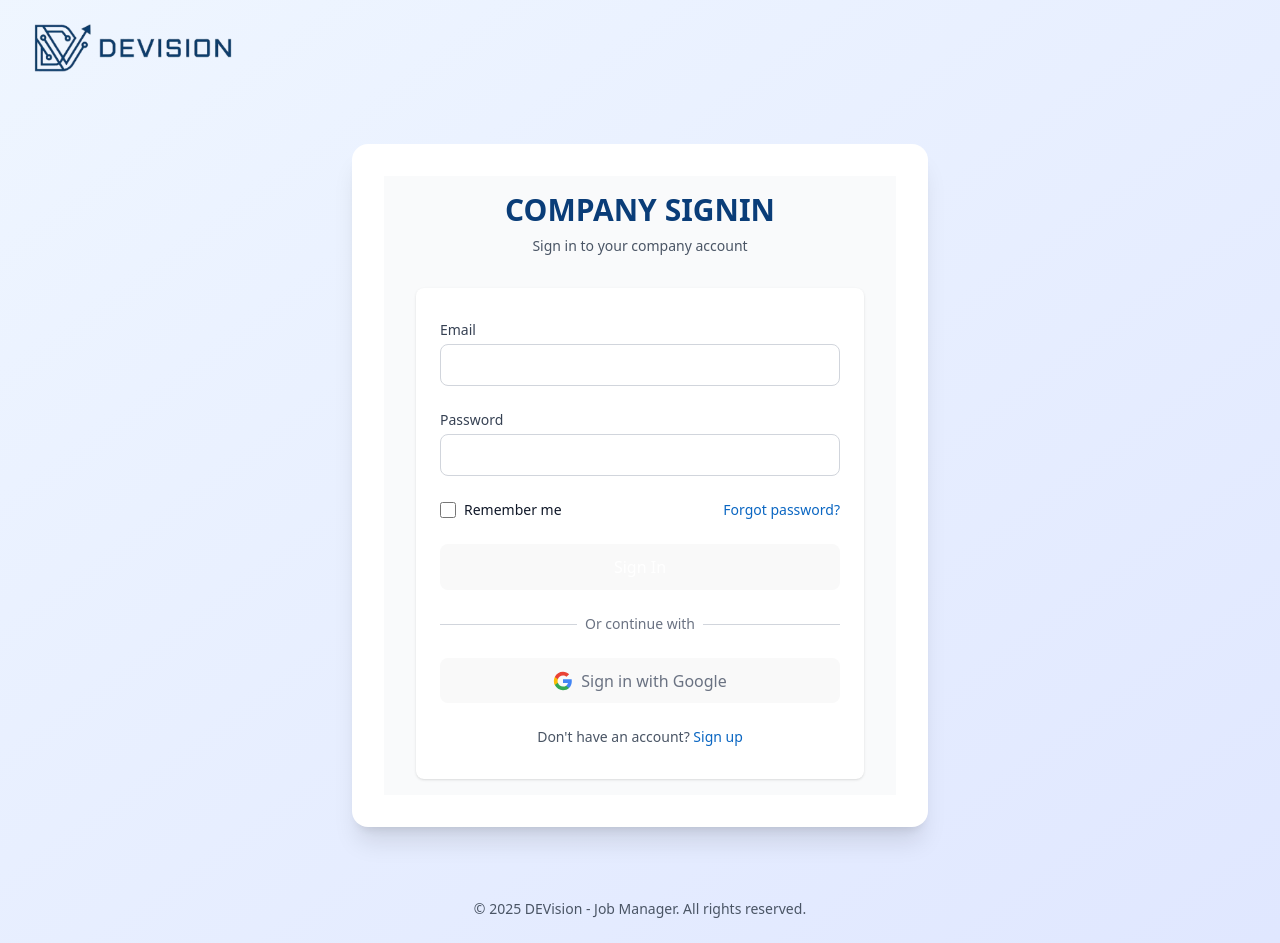
Repository: ISYS3461-2025C-Mulan-DEVision/JobManager_FE
Page: /login
The author's editor kept a copy of each file at every save. The page is drawn from the files as they stood at one save, then again after the next save.
The browser window is 1280 px wide. The pictures show the whole page.
The project was rebuilt for these pictures with package versions that can differ from the ones it lists, and the page was loaded fresh each time. Also part of the build but not shown: vite.config.js, src/pages/Home.tsx, src/components/headless/Table/Table.tsx, src/components/headless/Modal/Modal.tsx, src/components/ui/Card/Card.tsx, src/components/ui/Spinner/Spinner.tsx, src/components/ui/Alert/Alert.tsx, src/components/feature/Authentication/CompanySignup/CompanySignupForm.tsx and 4 more.

Above is the page before, as saved 2025-12-12 15:01:45.

### index.html
<!doctype html>
<html lang="en">
  <head>
    <meta charset="UTF-8" />
    <link rel="icon" type="image/svg+xml" href="/logo/logo-icon.png" />
    <meta name="viewport" content="width=device-width, initial-scale=1.0" />
    <title>jobmanager-fe</title>
  </head>
  <body>
    <div id="root"></div>
    <script type="module" src="/src/main.jsx"></script>
  </body>
</html>

### src/main.tsx
import React, { StrictMode } from "react";
import { createRoot } from "react-dom/client";
import "./index.css";
import { BrowserRouter } from "react-router-dom";
import App from "./App.js";
import { Provider } from "react-redux";
import store from "./store/index.js";

const container = document.getElementById("root")!;
if (!container) {
    throw new Error("Root container not found");
} else {
    createRoot(container).render(
        <StrictMode>
            <Provider store={store}>
                <BrowserRouter>
                    <App />
                </BrowserRouter>
            </Provider>
        </StrictMode>,
    );
}

### src/App.tsx
import { Routes, Route, Link, useLocation } from "react-router-dom";
import Home from "./pages/Home";
import LoginPage from "./pages/LoginPage";
import RegistrationPage from "./pages/RegistrationPage";

function App() {
    const location = useLocation();
    const isAuthPage = location.pathname === "/login";

    return (
        <div>
            {!isAuthPage && (
                <nav className="p-4 bg-gray-800 text-white flex gap-4">
                    <Link to="/">Home</Link>
                    <Link to="/login">Login</Link>
                </nav>
            )}

            <Routes>
                <Route path="/" element={<Home />} />
                <Route path="/login" element={<LoginPage />} />
                <Route path="/register" element={<RegistrationPage />} />
            </Routes>
        </div>
    );
}

export default App;

### src/store/index.ts
import configureStore from "./configureStore";
const store = configureStore();
export default store;

### src/pages/LoginPage.tsx
import React from "react";
import { CompanyLogin } from "../components/feature/Authentication/CompanyLogin";
import AuthLayout from "../layout/AuthLayout";

export default function LoginPage() {
    return (
        <AuthLayout>
            <CompanyLogin />
        </AuthLayout>
    );
}

### src/store/configureStore.ts
import { createStore, applyMiddleware, Store } from "redux";
import { createLogger } from "redux-logger";
import createSagaMiddleware from "redux-saga";
import { enableBatching } from "redux-batched-actions";
import createReducer from "./reducers";
import rootSaga from "./saga";

const configureStore = (initialState = {}): Store => {
    const rootReducer = createReducer();
    const sagaMiddleware = createSagaMiddleware();

    const middlewares = [sagaMiddleware];

    const isDev = import.meta.env.VITE_NODE_ENV === "development";

    if (isDev) {
        const loggerMiddleware = createLogger({
            collapsed: () => true,
        });
        (middlewares as any[]).push(loggerMiddleware);
    }

    const store = createStore(
        enableBatching(rootReducer),
        initialState,
        applyMiddleware(...middlewares),
    );

    sagaMiddleware.run(rootSaga);

    return store;
};

export default configureStore;

### src/redux/app/actions.ts
import * as types from "./type";

const setLoading = (payload: boolean) => ({ type: types.SET_LOADING, payload });
const setError = (payload: string | null) => ({
    type: types.SET_ERROR,
    payload,
});
const setInitialized = (payload: boolean) => ({
    type: types.SET_INITIALIZED,
    payload,
});
const reset = () => ({ type: types.RESET });

const toggleLoadingAsync = (payload: boolean) => ({
    type: types.TOGGLE_LOADING_ASYNC,
    payload,
});

export default {
    setLoading,
    setError,
    setInitialized,
    reset,
    toggleLoadingAsync,
};

### src/components/feature/Authentication/CompanyLogin/index.ts
export { CompanyLogin } from "./CompanyLogin";

### src/store/reducers.ts
import { combineReducers } from "redux";
import { reducers } from "../redux";
import _ from "lodash";

const appReducer = combineReducers(reducers);
export default function createReducer() {
    const rootReducer = (state, action) => {
        if (action.type === "FORCE_UPDATE_GLOBAL_STATE") {
            return appReducer(_.cloneDeep(action.payload), action as never);
        }
        return appReducer(state, action as never);
    };

    return rootReducer;
}

### src/store/saga.ts
import { all, fork } from "redux-saga/effects";
import { sagas } from "../redux";

export default function* rootSaga() {
    yield all([...Object.values(sagas)].map(fork));
}

### src/redux/app/type.ts
const prefix = "APP/";

export const SET_LOADING = `${prefix}SET_LOADING`;
export const SET_ERROR = `${prefix}SET_ERROR`;
export const SET_INITIALIZED = `${prefix}SET_INITIALIZED`;
export const RESET = `${prefix}RESET`;

// test async action
export const TOGGLE_LOADING_ASYNC = `${prefix}TOGGLE_LOADING_ASYNC`;

### src/components/feature/Authentication/CompanyLogin/CompanyLogin.tsx
import React from "react";
import { HeadlessForm } from "@/components/headless";
import { CompanyLoginForm } from "./CompanyLoginForm";
import { useCompanyLogin } from "./hooks/useCompanyLogin";
import { LoginPayload } from "./types";

// Validation function
const validateLoginForm = (values: LoginPayload) => {
  const errors: Partial<Record<keyof LoginPayload, string>> = {};

  if (!values.email) {
    errors.email = "Email is required";
  } else if (!/^[A-Z0-9._%+-]+@[A-Z0-9.-]+\.[A-Z]{2,}$/i.test(values.email)) {
    errors.email = "Invalid email address";
  }

  if (!values.password) {
    errors.password = "Password is required";
  } else if (values.password.length < 6) {
    errors.password = "Password must be at least 6 characters";
  }

  return errors;
};

export const CompanyLogin: React.FC = () => {
  const { login, isLoading, error } = useCompanyLogin();

  return (
    <HeadlessForm<LoginPayload>
      initialValues={{ email: "", password: "" }}
      onSubmit={login}
      validate={validateLoginForm}
    >
      {(formProps) => (
        <CompanyLoginForm {...formProps} isLoading={isLoading} error={error} />
      )}
    </HeadlessForm>
  );
};

### src/redux/index.ts
const loadModules = (modules: Record<string, any>, hasDefault = false) =>
    Object.entries(modules).map(([path, mod]) => {
        const parts = path.split("/");
        return {
            name: parts.at(-1)!.replace(".js", "").toUpperCase(),
            key: parts.at(-2)!,
            data: hasDefault ? mod.default : mod,
        };
    });

const rawActions = loadModules(
    import.meta.glob("./**/actions.ts", { eager: true }),
    true,
);

const rawTypes = loadModules(
    import.meta.glob("./**/types.ts", { eager: true }),
    false,
);

const rawReducers = loadModules(
    import.meta.glob("./**/reducer.ts", { eager: true }),
    true,
);

const rawSagas = loadModules(
    import.meta.glob("./**/saga.ts", { eager: true }),
    false,
);

// Final exports
export const actions = rawActions.reduce((p, e) => ({ ...p, ...e.data }), {});
export const types = rawTypes.reduce((p, e) => ({ ...p, ...e.data }), {});
export const reducers = rawReducers.reduce(
    (p, e) => ({ ...p, [e.key]: e.data }),
    {},
);
export const sagas = rawSagas.reduce((p, e) => ({ ...p, ...e.data }), {});

### src/components/headless/index.ts
// Headless Components - Logic without UI
export { HeadlessForm } from "./Form";
export { HeadlessTable } from "./Table";
export { useTable } from "./Table/useTable";
export { HeadlessModal } from "./Modal";

// Types
export * from "./types";
export type { TableColumn } from "./Table/useTable";

### src/components/feature/Authentication/CompanyLogin/CompanyLoginForm.tsx
import React from "react";
import { Link } from "react-router-dom";
import { Input, Button, Alert, GoogleLogo } from "@/components/ui";
import { LoginPayload } from "./types";

interface CompanyLoginFormProps {
    values: LoginPayload;
    errors: Partial<Record<keyof LoginPayload, string>>;
    touched: Partial<Record<keyof LoginPayload, boolean>>;
    handleChange: (e: React.ChangeEvent<HTMLInputElement>) => void;
    handleBlur: (field: keyof LoginPayload) => void;
    handleSubmit: (e: React.FormEvent) => void;
    isLoading: boolean;
    error: string | null;
}

export const CompanyLoginForm: React.FC<CompanyLoginFormProps> = ({
    values,
    errors,
    touched,
    handleChange,
    handleBlur,
    handleSubmit,
    isLoading,
    error,
}) => {
    return (
        <div className="flex flex-col items-center justify-center bg-gray-50 py-4 px-1 sm:px-6 lg:px-8">
            <div className="text-center mb-8">
                <h2 className="text-3xl font-bold text-heading">
                    COMPANY SIGNIN
                </h2>
                <p className="mt-2 text-sm text-gray-600">
                    Sign in to your company account
                </p>
            </div>

            <div className="w-full max-w-md bg-white py-8 px-6 shadow rounded-lg">
                {error && (
                    <Alert type="error" className="mb-4">
                        {error}
                    </Alert>
                )}

                <form onSubmit={handleSubmit} className="space-y-6">
                    <Input
                        label="Email"
                        id="email"
                        name="email"
                        type="email"
                        autoComplete="email"
                        required
                        value={values.email}
                        onChange={handleChange}
                        onBlur={() => handleBlur("email")}
                        error={touched.email ? errors.email : undefined}
                        fullWidth
                    />

                    <Input
                        label="Password"
                        id="password"
                        name="password"
                        type="password"
                        autoComplete="current-password"
                        required
                        value={values.password}
                        onChange={handleChange}
                        onBlur={() => handleBlur("password")}
                        error={
                            touched.password ? errors.password : undefined
                        }
                        fullWidth
                    />

                    <div className="flex items-center justify-between">
                        <div className="flex items-center">
                            <input
                                id="remember-me"
                                name="remember-me"
                                type="checkbox"
                                className="h-4 w-4 text-blue-600 focus:ring-blue-500 border-gray-300 rounded"
                            />
                            <label
                                htmlFor="remember-me"
                                className="ml-2 block text-sm text-gray-900"
                            >
                                Remember me
                            </label>
                        </div>

                        <div className="text-sm">
                            <a
                                href="#"
                                className="font-medium text-blue-600 hover:text-blue-500"
                            >
                                Forgot password?
                            </a>
                        </div>
                    </div>

                    <Button
                        type="submit"
                        variant="primary"
                        size="lg"
                        fullWidth
                        isLoading={isLoading}
                    >
                        Sign In
                    </Button>
                </form>

                <div className="mt-6">
                    <div className="relative">
                        <div className="absolute inset-0 flex items-center">
                            <div className="w-full border-t border-gray-300"></div>
                        </div>
                        <div className="relative flex justify-center text-sm">
                            <span className="px-2 bg-white text-gray-500">
                                Or continue with
                            </span>
                        </div>
                    </div>

                    <div className="mt-6">
                        <Button
                            type="button"
                            variant="secondary"
                            onClick={() => {
                                // TODO: Implement Google OAuth flow
                                window.location.href = `${import.meta.env.VITE_API_URL || ''}/auth/google`;
                            }}
                            className="w-full inline-flex justify-center items-center px-4 py-2 \"
                        >
                            <GoogleLogo className="mr-2" />
                            Sign in with Google
                        </Button>
                    </div>
                </div>

                <div className="mt-6 text-center">
                    <p className="text-sm text-gray-600">
                        Don't have an account?{" "}
                        <Link
                            to="/register"
                            className="font-medium text-blue-600 hover:text-blue-500"
                        >
                            Sign up
                        </Link>
                    </p>
                </div>
            </div>
        </div>
    );
};

### src/components/feature/Authentication/CompanyLogin/hooks/useCompanyLogin.ts
import { useState } from 'react';
import AuthService, { LoginPayload } from '../../api/AuthService';

export const useCompanyLogin = () => {
  const [isLoading, setIsLoading] = useState(false);
  const [error, setError] = useState<string | null>(null);

  const login = async (formData: LoginPayload) => {
    setIsLoading(true);
    setError(null);

    try {
      await AuthService.loginCompany(formData);
      // Handle success (e.g., redirect, store token)
      console.log("Login successful");
    } catch (err) {
      setError("Failed to login. Please check your credentials.");
      console.error(err);
    } finally {
      setIsLoading(false);
    }
  };

  return {
    login,
    isLoading,
    error,
  };
};

### src/components/ui/index.ts
// UI Components - Presentational components with styling
export * from "./Button";
export * from "./Input";
export * from "./Card";
export * from "./Spinner";
export * from "./Alert";
export * from "./GoogleLogo";

### src/redux/app/reducer.ts
import * as types from "./type";
export interface AppState {
    loading: boolean;
    error: string | null;
    initialized?: boolean;
    test: string;
}

const INITIAL_STATE: AppState = {
    loading: true,
    error: null,
    initialized: false,
    test: "test",
};

type Action = { type: string; payload?: any };

export default function appReducer(
    state: AppState = INITIAL_STATE,
    action: Action,
): AppState {
    switch (action.type) {
        case types.SET_LOADING:
            return { ...state, loading: !!action.payload };
        case types.SET_ERROR:
            return { ...state, error: action.payload ?? null, loading: false };
        case types.SET_INITIALIZED:
            return { ...state, initialized: !!action.payload };
        case types.RESET:
            return { ...INITIAL_STATE };
        default:
            return state;
    }
}

### src/redux/app/saga.ts
import { takeEvery, put, delay } from "redux-saga/effects";
import * as types from "./type";
import actions from "./actions";

function* handleToggleLoading(action: any) {
    yield delay(300);
    yield put(actions.setLoading(action.payload));
}

export function* watchToggleLoading() {
    yield takeEvery(types.TOGGLE_LOADING_ASYNC, handleToggleLoading);
}

### src/components/headless/Form/index.ts
export { HeadlessForm } from "./Form";

### src/components/headless/Table/index.ts
export { HeadlessTable } from "./Table";
export { useTable } from "./useTable";
export type { TableColumn } from "./useTable";

### src/components/headless/Modal/index.ts
export { HeadlessModal } from "./Modal";

### src/components/feature/Authentication/api/AuthService.ts
// import { HttpClient } from "../../../../services/httpClient";

export interface LoginPayload {
    email: string;
    password: string;
}

export interface SignupPayload {
    companyName: string;
    email: string;
    password: string;
    confirmPassword: string;
}

export const loginCompany = async (payload: LoginPayload) => {
    // Replace with actual API endpoint
    // return HttpClient.post('/auth/company/login', payload);

    // Mock implementation for now
    console.log("Logging in company with:", payload);
    return new Promise((resolve) => {
        setTimeout(
            () =>
                resolve({
                    token: "mock-token",
                    user: { name: "Company Admin" },
                }),
            1000,
        );
    });
};

export const signupCompany = async (payload: SignupPayload) => {
    // Replace with actual API endpoint
    // return HttpClient.post('/auth/company/signup', payload);

    // Mock implementation for now
    console.log("Signing up company with:", payload);
    return new Promise((resolve) => {
        setTimeout(
            () =>
                resolve({
                    token: "mock-token",
                    user: { name: payload.companyName },
                }),
            1000,
        );
    });
};

const AuthService = {
    loginCompany,
    signupCompany,
};

export default AuthService;

### src/components/ui/Button/index.ts
export { Button } from "./Button";
export type { ButtonProps } from "./Button";

### src/components/ui/Input/index.ts
export { Input } from "./Input";
export type { InputProps } from "./Input";

### src/components/ui/Card/index.ts
export { Card, CardHeader, CardBody, CardFooter } from "./Card";
export type { CardProps } from "./Card";

### src/components/ui/Spinner/index.ts
export { Spinner } from "./Spinner";
export type { SpinnerProps } from "./Spinner";

### src/components/ui/Alert/index.ts
export { Alert } from "./Alert";
export type { AlertProps } from "./Alert";

### src/components/ui/GoogleLogo/index.ts
export { GoogleLogo } from "./GoogleLogo";
export type { GoogleLogoProps } from "./GoogleLogo";

### src/components/ui/Input/Input.tsx
import React from "react";
import clsx from "clsx";

export interface InputProps extends React.InputHTMLAttributes<HTMLInputElement> {
    label?: string;
    error?: string;
    helperText?: string;
    fullWidth?: boolean;
}

export const Input: React.FC<InputProps> = ({
    label,
    error,
    helperText,
    fullWidth = false,
    className,
    id,
    ...props
}) => {
    const inputId = id || label?.toLowerCase().replace(/\s+/g, "-");

    return (
        <div className={clsx("flex flex-col gap-1", fullWidth && "w-full")}>
            {label && (
                <label
                    htmlFor={inputId}
                    className="text-sm font-medium text-gray-700"
                >
                    {label}
                </label>
            )}
            <input
                id={inputId}
                className={clsx(
                    "px-3 py-2 border rounded-lg focus:outline-none focus:ring-2 transition-colors",
                    "text-gray-900 placeholder:text-gray-400",
                    error
                        ? "border-red-500 focus:ring-red-500 focus:border-red-500"
                        : "border-gray-300 focus:ring-blue-500 focus:border-blue-500",
                    props.disabled && "bg-gray-100 cursor-not-allowed",
                    className,
                )}
                {...props}
            />
            {error && <span className="text-sm text-red-600">{error}</span>}
            {helperText && !error && (
                <span className="text-sm text-gray-500">{helperText}</span>
            )}
        </div>
    );
};

### src/components/ui/GoogleLogo/GoogleLogo.tsx
import React from "react";
import clsx from "clsx";

export interface GoogleLogoProps {
    size?: "sm" | "md" | "lg";
    className?: string;
}

export const GoogleLogo: React.FC<GoogleLogoProps> = ({
    size = "md",
    className,
}) => {
    const sizeClasses = {
        sm: "w-4 h-4",
        md: "w-5 h-5",
        lg: "w-6 h-6",
    };

    return (
        <svg
            className={clsx(sizeClasses[size], className)}
            viewBox="0 0 24 24"
            xmlns="http://www.w3.org/2000/svg"
        >
            <path
                d="M22.56 12.25c0-.78-.07-1.53-.2-2.25H12v4.26h5.92c-.26 1.37-1.04 2.53-2.21 3.31v2.77h3.57c2.08-1.92 3.28-4.74 3.28-8.09z"
                fill="#4285F4"
            />
            <path
                d="M12 23c2.97 0 5.46-.98 7.28-2.66l-3.57-2.77c-.98.66-2.23 1.06-3.71 1.06-2.86 0-5.29-1.93-6.16-4.53H2.18v2.84C3.99 20.53 7.7 23 12 23z"
                fill="#34A853"
            />
            <path
                d="M5.84 14.09c-.22-.66-.35-1.36-.35-2.09s.13-1.43.35-2.09V7.07H2.18C1.43 8.55 1 10.22 1 12s.43 3.45 1.18 4.93l2.85-2.22.81-.62z"
                fill="#FBBC05"
            />
            <path
                d="M12 5.38c1.62 0 3.06.56 4.21 1.64l3.15-3.15C17.45 2.09 14.97 1 12 1 7.7 1 3.99 3.47 2.18 7.07l3.66 2.84c.87-2.6 3.3-4.53 6.16-4.53z"
                fill="#EA4335"
            />
        </svg>
    );
};

Loaded but not shown: src/components/ui/Button/Button.tsx (81 lines, source omitted); src/components/headless/Form/Form.tsx (93 lines, source omitted); src/layout/AuthLayout.tsx (54 lines, source omitted); src/components/headless/types.ts (71 lines, source omitted); src/components/headless/Table/useTable.ts (76 lines, source omitted); src/index.css (88 lines, source omitted)

After the next save:
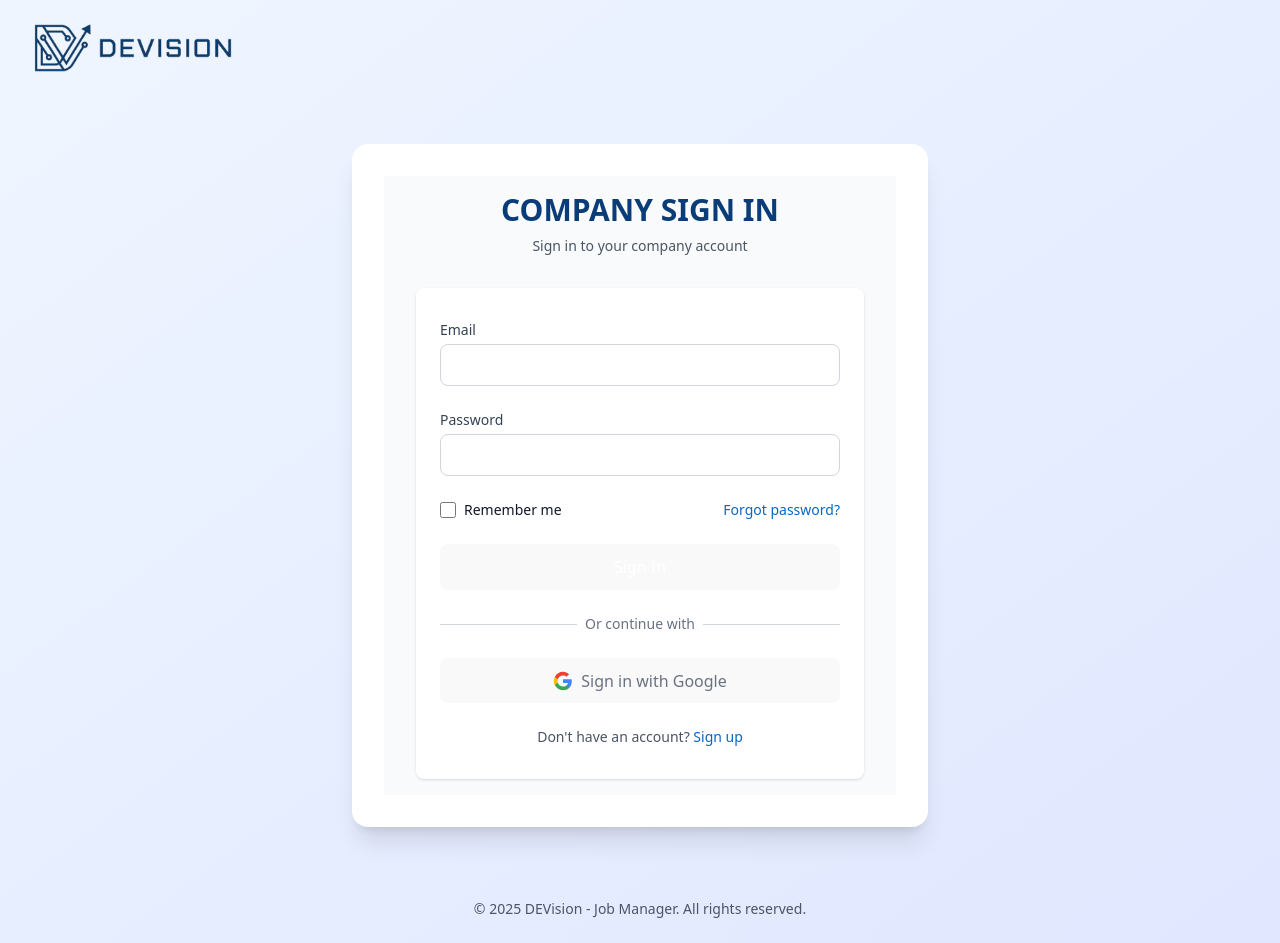
Saved 9 s later.
--- a/src/components/feature/Authentication/CompanyLogin/CompanyLoginForm.tsx
+++ b/src/components/feature/Authentication/CompanyLogin/CompanyLoginForm.tsx
@@ -28,7 +28,7 @@
         <div className="flex flex-col items-center justify-center bg-gray-50 py-4 px-1 sm:px-6 lg:px-8">
             <div className="text-center mb-8">
                 <h2 className="text-3xl font-bold text-heading">
-                    COMPANY SIGNIN
+                    COMPANY SIGN IN
                 </h2>
                 <p className="mt-2 text-sm text-gray-600">
                     Sign in to your company account
